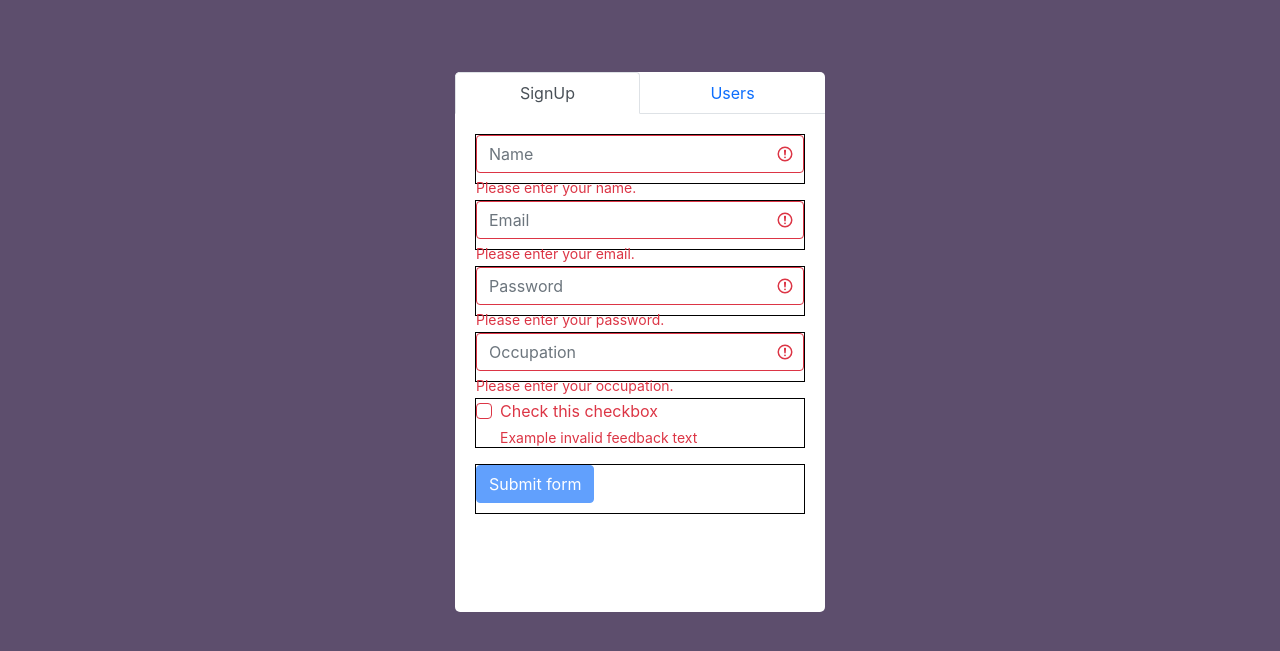
Repository: asadalibest1/SignUp-from
Page: /
The author's editor kept a copy of each file at every save. The page is drawn from the files as they stood at one save, then again after a run of saves.
The browser window is 1280 px wide. The pictures show the whole page.
The project was rebuilt for these pictures with package versions that can differ from the ones it lists, and the page was loaded fresh each time. Also part of the build but not shown: src/components/Users/Users.css.

Above is the page before, as saved 2021-02-06 22:07:18.

After the next 2 saves:
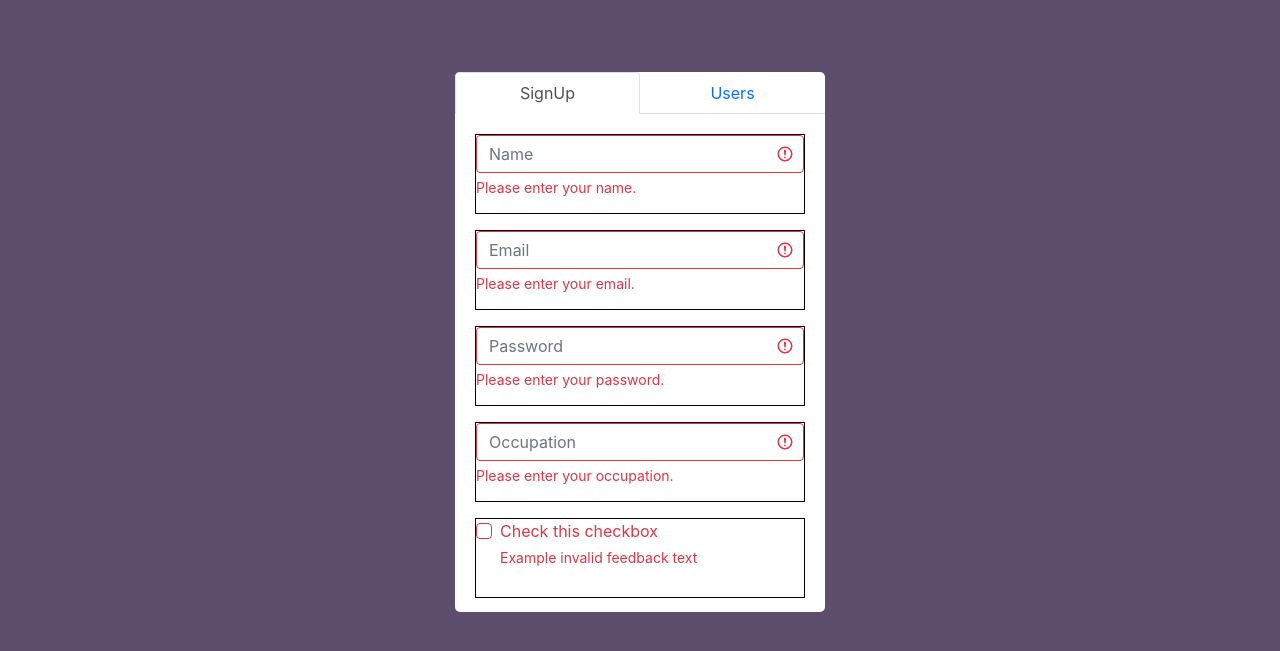
The 2 saves are shown as one change because they came seconds apart.
The last was saved 9 s later.
--- a/src/components/SignUp/SignUp.css
+++ b/src/components/SignUp/SignUp.css
@@ -4,5 +4,5 @@
 
 .SignUp form > div{
     border: 1px solid black;
-    height: 50px;
+    height: 80px;
 }
